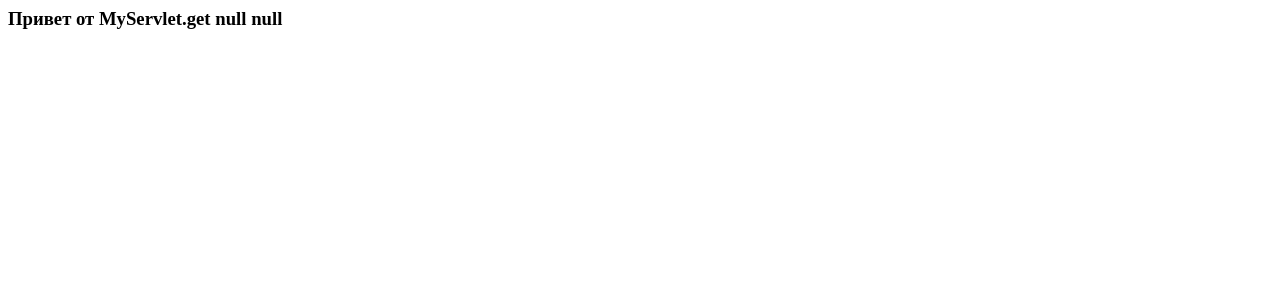
Repository: Marat1988/ExampleProgrammingLanguage
Page: http://localhost/WebApp/MyServlet
The author's editor kept a copy of each file at every save. The page is drawn from the files as they stood at one save, then again after the next save.
The browser window is 1280 px wide. The pictures show the whole page.
The page is served by Tomcat 10.

Above is the page before, as saved 2023-08-16 11:43:30.

After the next save:
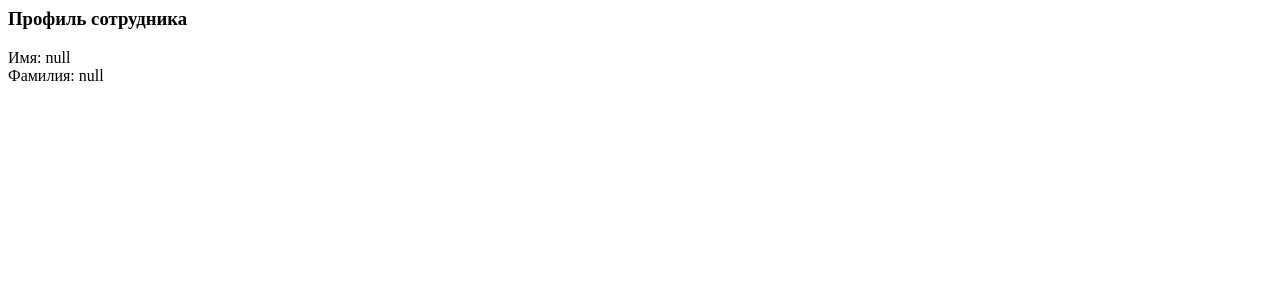
Saved 3 min 40 s later.
--- a/Java/JavaEE/WebApp/src/main/java/ru/unlimit/MyServlet.java
+++ b/Java/JavaEE/WebApp/src/main/java/ru/unlimit/MyServlet.java
@@ -29,7 +29,9 @@ public class MyServlet extends HttpServlet {
 
 
 		PrintWriter out = response.getWriter();
-		out.println("<h3>Привет от MyServlet.get " + name + " " + surname + "</h3>");
+		out.println("<h3>Профиль сотрудника</h3>");
+		out.println("Имя: " + name + "<br>");
+		out.println("Фамилия: " + surname + "<br>");
 		out.close();
 	}
 
